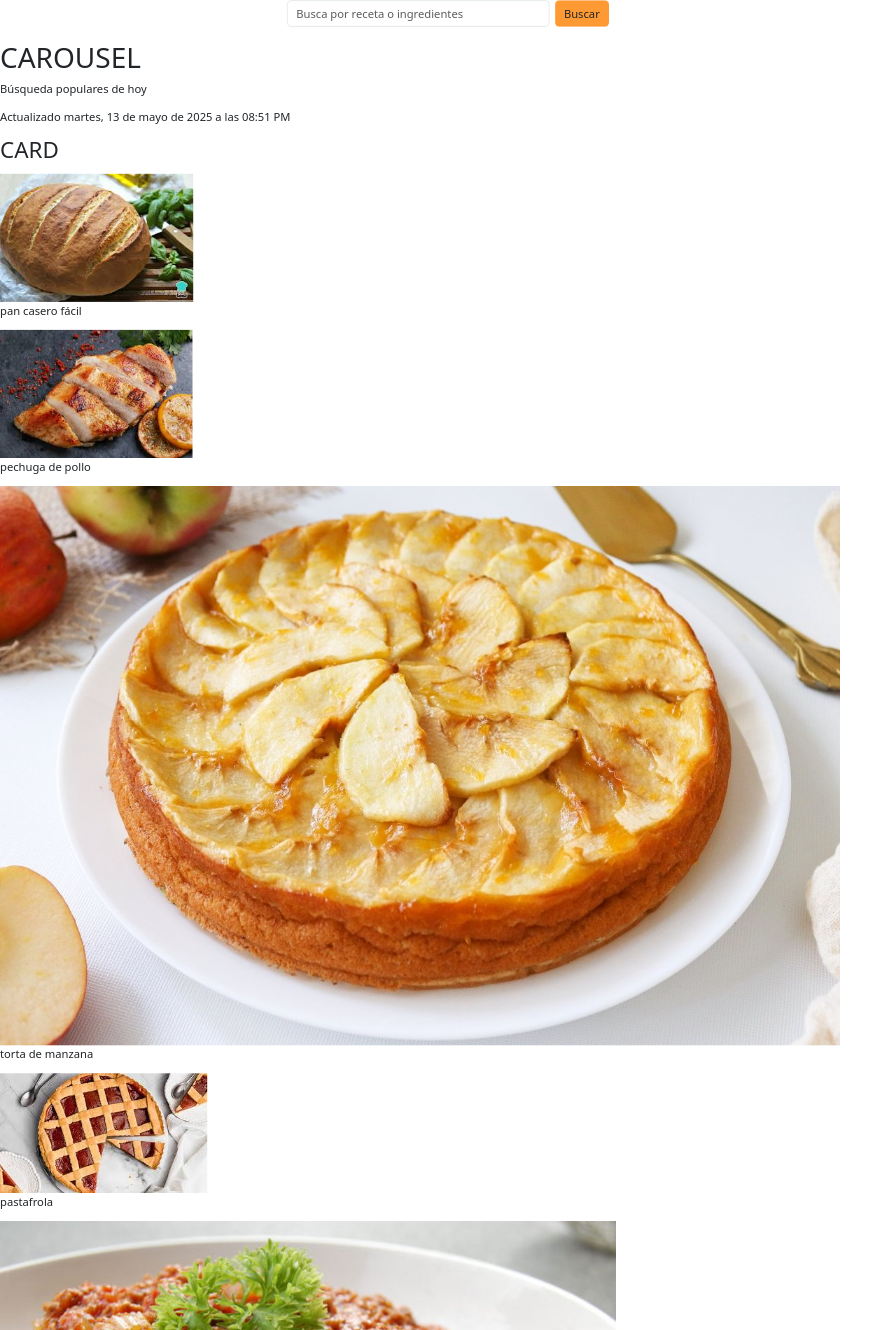
Repository: lucasp3113/coockpad
Page: index.html
The author's editor kept a copy of each file at every save. The page is drawn from the files as they stood at one save, then again after the next save.
The browser window is 1280 px wide. The pictures show the part of the page from y = 336 to 2236 px (the page is 3670 px tall), at 70% of full size.
A picture or video elsewhere on the page could not be fetched, so the positions and the page height are approximate.

Above is the page before, as saved 2025-05-15 12:10:25.

After the next save:
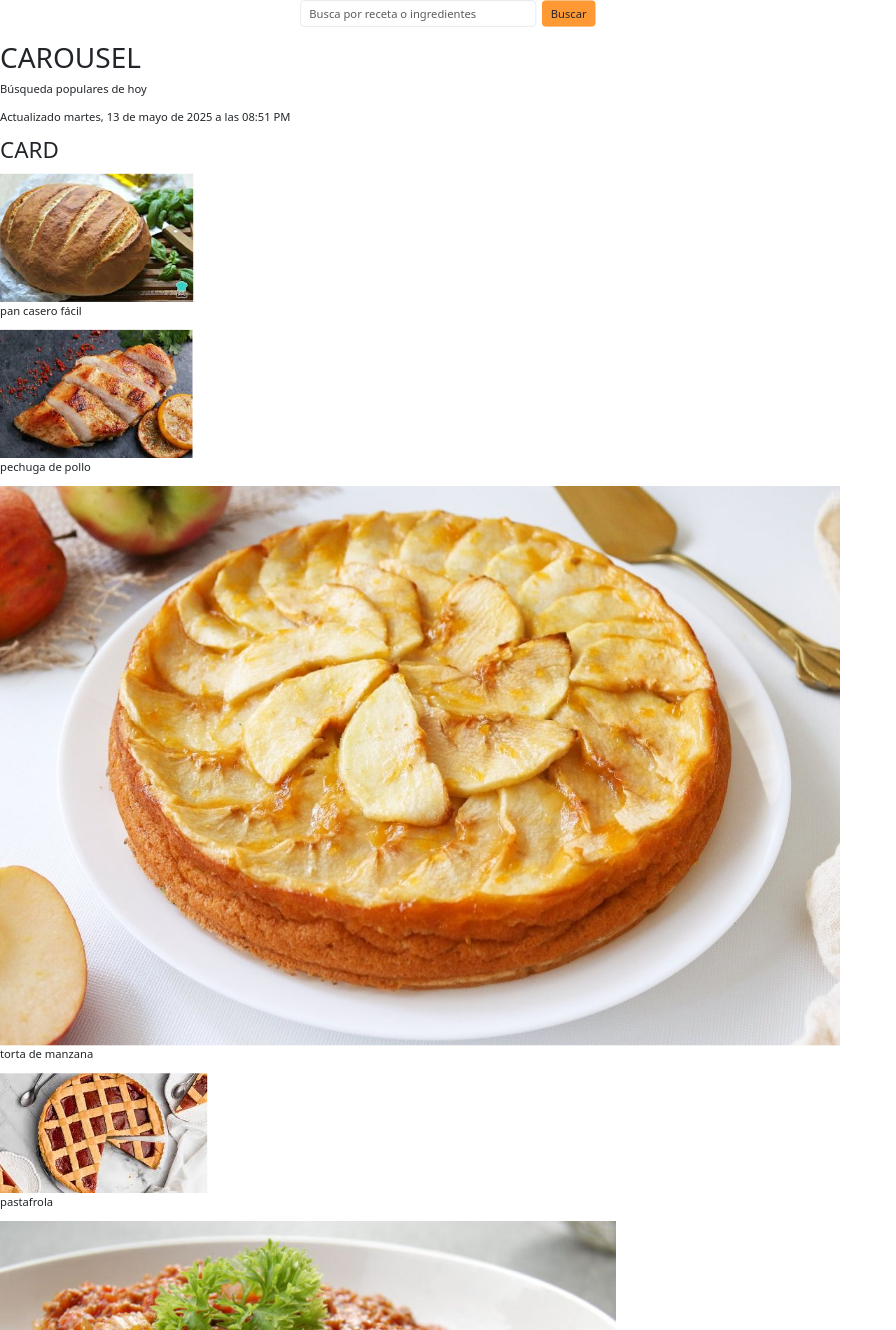
Saved 11 s later.
--- a/style.css
+++ b/style.css
@@ -4,5 +4,5 @@
 }
 
 .w-30{
-    width: 30%;
+    width: 27%;
 }
